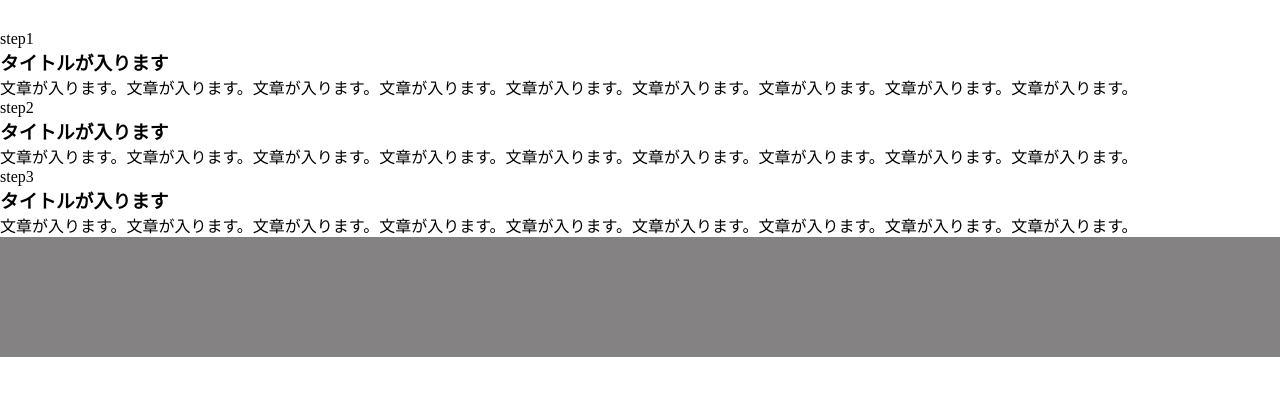
Repository: Hirotaka-DWC/dmm_webcamp_task_1
Page: task_1/index.html
The author's editor kept a record of every edit. The page is drawn from the files as they stood at one moment, then again after the next edit.
The browser window is 1280 px wide. The pictures show the whole page.

Above is the page before.

### task_1/index.html
<!DOCTYPE html>
<html lang="ja">
  <head>
    <meta charset="UTF-8" />
    <title>9章演習</title>
    <link rel="stylesheet" href="style.css" />
  </head>
  <body>
    <header></header>
    <main>
      <div class="step-box">
        <div class="step-img1"></div>
        <span class="step-num">step1</span>
        <h3 class="title">タイトルが入ります</h3>
        <p class="text">
          文章が入ります。文章が入ります。文章が入ります。文章が入ります。文章が入ります。文章が入ります。文章が入ります。文章が入ります。文章が入ります。
        </p>
      </div>

      <div class="step-box">
        <div class="step-img2"></div>
        <span class="step-num">step2</span>
        <h3 class="title">タイトルが入ります</h3>
        <p class="text">
          文章が入ります。文章が入ります。文章が入ります。文章が入ります。文章が入ります。文章が入ります。文章が入ります。文章が入ります。文章が入ります。
        </p>
      </div>

      <div class="step-box">
        <div class="step-img3"></div>
        <span class="step-num">step3</span>
        <h3 class="title">タイトルが入ります</h3>
        <p class="text">
          文章が入ります。文章が入ります。文章が入ります。文章が入ります。文章が入ります。文章が入ります。文章が入ります。文章が入ります。文章が入ります。
        </p>
      </div>
    </main>
    <footer></footer>
  </body>
</html>

### task_1/style.css
/* ブラウザがそれぞれ持っているCSSをリセットするための記述 */
* {
  margin: 0;
  padding: 0;
  box-sizing: border-box;
}

header {
  width: 90%; /* 横幅90% */
  padding: 15px 0;
  margin: 0 auto;
  text-align: center;
}

header .heading { /* headerタグ内のheadingクラスにのみ反映される */
  font-size: 32px;
}

.nav-list {
  text-align: center;
  padding: 10px 0;
  margin: 0 auto;
}

.nav-list-item {
  list-style: none;
  display: inline-block;
  margin: 0 20px;
}

.main-visual {
  width: 100%; /* 横幅いっぱい */
  height: 300px; /* 高さ300px */
}

.main-visual-content {
  width: 350px; /* 横幅350px */
  height: 300px; /* 親の高さに揃える */
}

.main {
  width: 840px; /* 横幅840px */
  margin:0 auto;
  display: flex; /* Flexboxの利用 */
  justify-content: center; /* 子要素の横並び・中央寄せ */
}

.blog {
  width: 600px; /* 横幅600px */
  height: 1400px; /* 高さ1400px */
}

.sidebar {
  width: 240px; /* 横幅240px */
   height: 1400px; /* 高さ1400px */
}

footer {
  width: 100%;
  height: 120px;
  text-align: center;
  line-height: 120px;
  background-color: #848282;
}

.footer-text {
  color: #fff;
}

After the next edit:
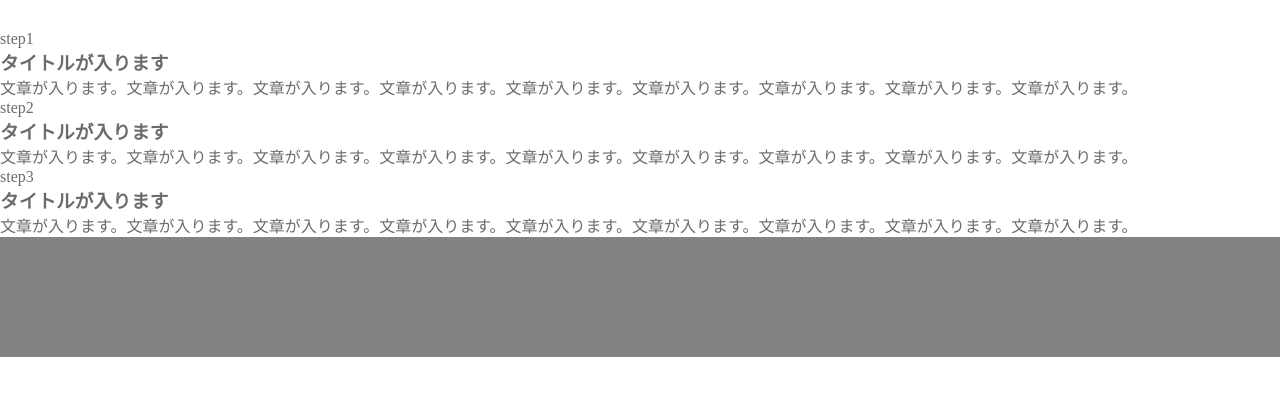
The edit:
--- a/task_1/style.css
+++ b/task_1/style.css
@@ -3,6 +3,11 @@
   margin: 0;
   padding: 0;
   box-sizing: border-box;
+  color: #6c6b6b;
+}
+
+a {
+  text-decoration: none;
 }
 
 header {
